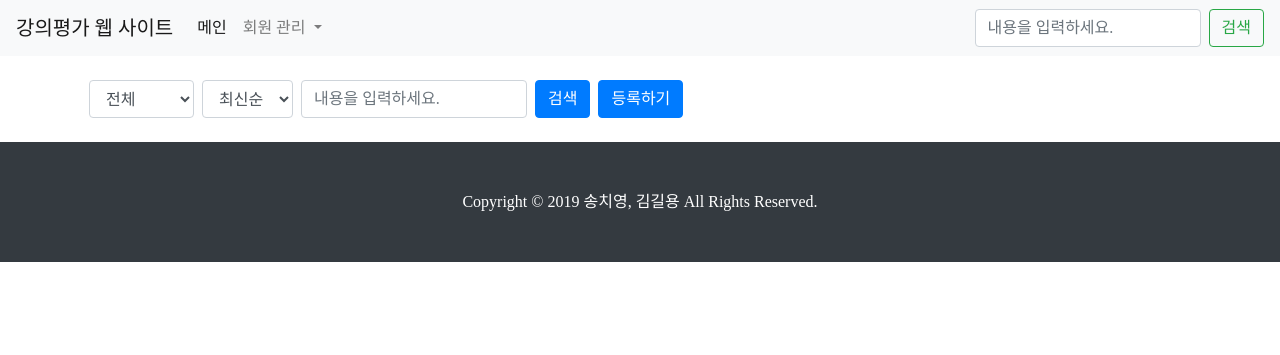
Repository: cldud5221/thdcldud
Page: http://localhost/info/
An editor plug-in stored every save of this project. The page is shown before and after a run of saves, followed by the edit.
The browser window is 1280 px wide. The pictures show the whole page.
Some web fonts or font styles are not loaded; a fallback is used. The page is served by Tomcat 9. Queries for data that is not in the repository find no rows.

Above is the page before, as saved 2019-07-11 07:08:04.

After the next 2 saves:
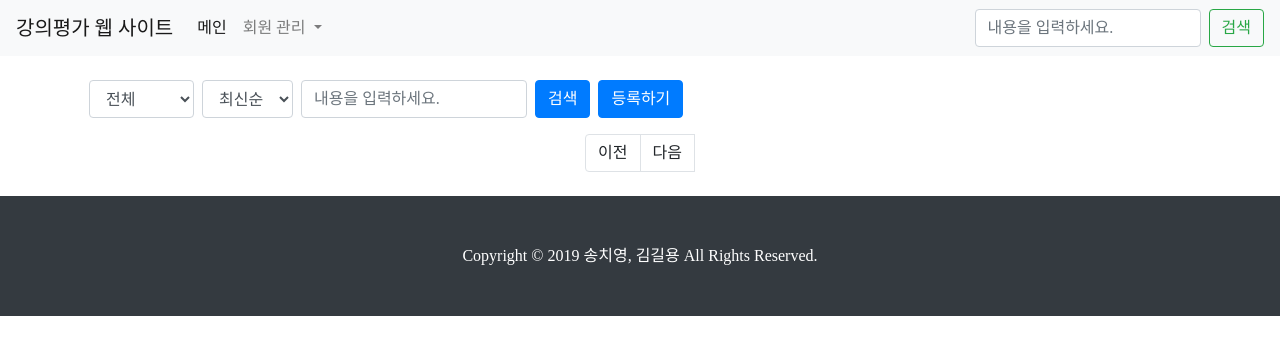
The 2 saves are shown as one change because 1 did not build or start.
The last was saved 2 h 22 min later.
--- a/info/WebContent/index.jsp
+++ b/info/WebContent/index.jsp
@@ -151,6 +151,41 @@
 		}
 %>
 	</section>
+	<ul class="pagination justify-content-center mt-3">
+	<li class="page-item">
+<%
+	if(pageNumber <= 0) {
+%>
+	<a class="page-link disabled">이전</a>
+<%
+	} else {
+%>
+	<a class="page-link" href="./index.jsp?lectureDivide=<%= URLEncoder.encode(lectureDivide, "UTF-8") %>&SearchType=
+	<%= URLEncoder.encode(searchType, "UTF-8") %>&search=<%= URLEncoder.encode(search, "UTF-8") %>&pageNumber=
+	<%= pageNumber -1 %>">이전</a>
+<%
+	}
+%>
+		</li>
+
+		<li>
+<%
+	if(evaluationList.size() <= 6) {
+%>
+	<a class="page-link disabled">다음</a>
+<%
+	} else {
+%>
+	<a class="page-link" href="./index.jsp?lectureDivide=<%= URLEncoder.encode(lectureDivide, "UTF-8") %>&SearchType=
+	<%= URLEncoder.encode(searchType, "UTF-8") %>&search=<%= URLEncoder.encode(search, "UTF-8") %>&pageNumber=
+	<%= pageNumber +1 %>">다음</a>
+<%
+	}
+%>
+
+		</li>
+
+	</ul>
 	<div class="modal fade" id="registerModal" tabindex="-1" role="dialog" aria-labelledby="modal" aria-hidden="true">
 		<div class="modal-dialog">
 			<div class="modal-content">
